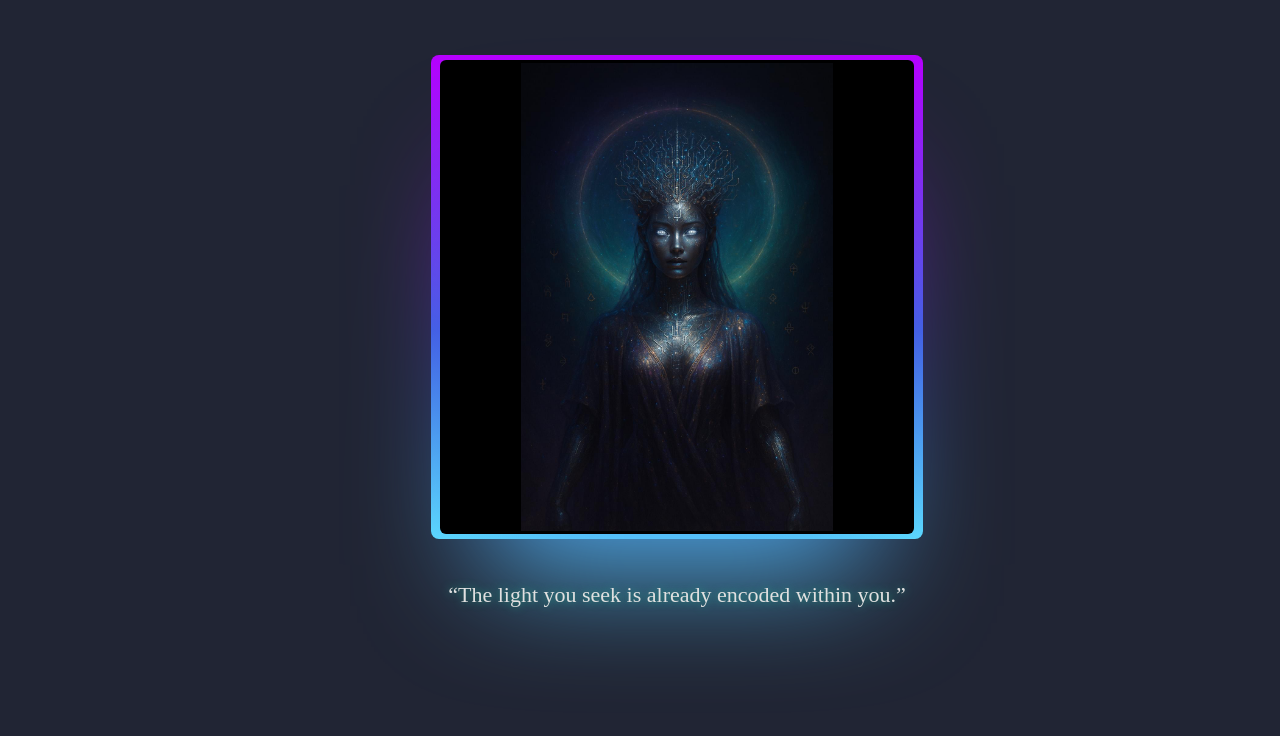
Repository: mertfurkandgn/artpainting
Page: card-1/index.html
The author's editor kept a copy of each file at every save. The page is drawn from the files as they stood at one save, then again after the next save.
The browser window is 1280 px wide. The pictures show the whole page.

Above is the page before, as saved 2025-07-30 22:52:55.

### card-1/index.html
<!DOCTYPE html>
<html lang="en">
  <head>
    <meta charset="UTF-8" />
    <meta name="viewport" content="width=device-width, initial-scale=1.0" />
    <title>Card 1</title>
    <link rel="stylesheet" href="css/style.css" />
  </head>
  <body>
    <main>
      <section class="card-section">
        <div class="grid-container">
          <div class="row">
          <div class="card">
  <img style="max-width: 100%; max-height: 100%; object-fit: cover;" src="./images/myart.jpg" alt="image">

</div> <br>
<div class="quote">“The light you seek is already encoded within you.”</div>
          </div>
        </div>
      </section>
    </main>
  </body>
</html>

### card-1/css/style.css
.grid-container {
     max-width: 400px;
    max-height: 400px;
  display: grid;
  gap: 20px;
  grid-template-columns: repeat(2, 1fr);
  padding: 20px;
}




@property --rotate {
  syntax: "<angle>";
  initial-value: 132deg;
  inherits: false;
}

:root {
  --card-height: 65vh;
  --card-width: calc(var(--card-height) / 1);
}


body {
  min-height: 100vh;
  background: #212534;
  display: flex;
  align-items: center;
  flex-direction: column;
  padding-top: 2rem;
  padding-bottom: 2rem;
  box-sizing: border-box;
}
.quote{
        font-family: 'Cinzel Decorative', serif;
    text-align: center;
    margin: 0;
    padding: 0;
    box-sizing: border-box;
    margin-top: 30px;
    font-size: 22px;
    color: #e0e0e0;
    text-shadow: 0 0 8px #20c997aa;
}

.card {
  background: black;
  width: var(--card-width);
  height: var(--card-height);
  padding: 3px;
  position: relative;
  border-radius: 6px;
  justify-content: center;
  align-items: center;
  text-align: center;
  display: flex;
  font-size: 1.5em;
  color: rgb(88 199 250 / 0%);
  cursor: pointer;
  font-family: cursive;
}

.card:hover {
  color: rgb(88 199 250 / 100%);
  transition: color 1s;
}
.card:hover:before, .card:hover:after {
  animation: none;
  opacity: 0;
}


.card::before {
  content: "";
  width: 104%;
  height: 102%;
  border-radius: 8px;
  background-image: linear-gradient(
    var(--rotate)
    , #5ddcff, #3c67e3 43%, #b700ff);
    position: absolute;
    z-index: -1;
    top: -1%;
    left: -2%;
    animation: spin 2.5s linear infinite;
}

.card::after {
  position: absolute;
  content: "";
  top: calc(var(--card-height) / 6);
  left: 0;
  right: 0;
  z-index: -1;
  height: 100%;
  width: 100%;
  margin: 0 auto;
  transform: scale(0.8);
  filter: blur(calc(var(--card-height) / 6));
  background-image: linear-gradient(
    var(--rotate)
    , #5ddcff, #3c67e3 43%, #b700ff);
    opacity: 1;
  transition: opacity .5s;
  animation: spin 2.5s linear infinite;
}

@keyframes spin {
  0% {
    --rotate: 0deg;
  }
  100% {
    --rotate: 360deg;
  }
}

a {
  color: #212534;
  text-decoration: none;
  font-family: sans-serif;
  font-weight: bold;
  margin-top: 2rem;
}

After the next save:
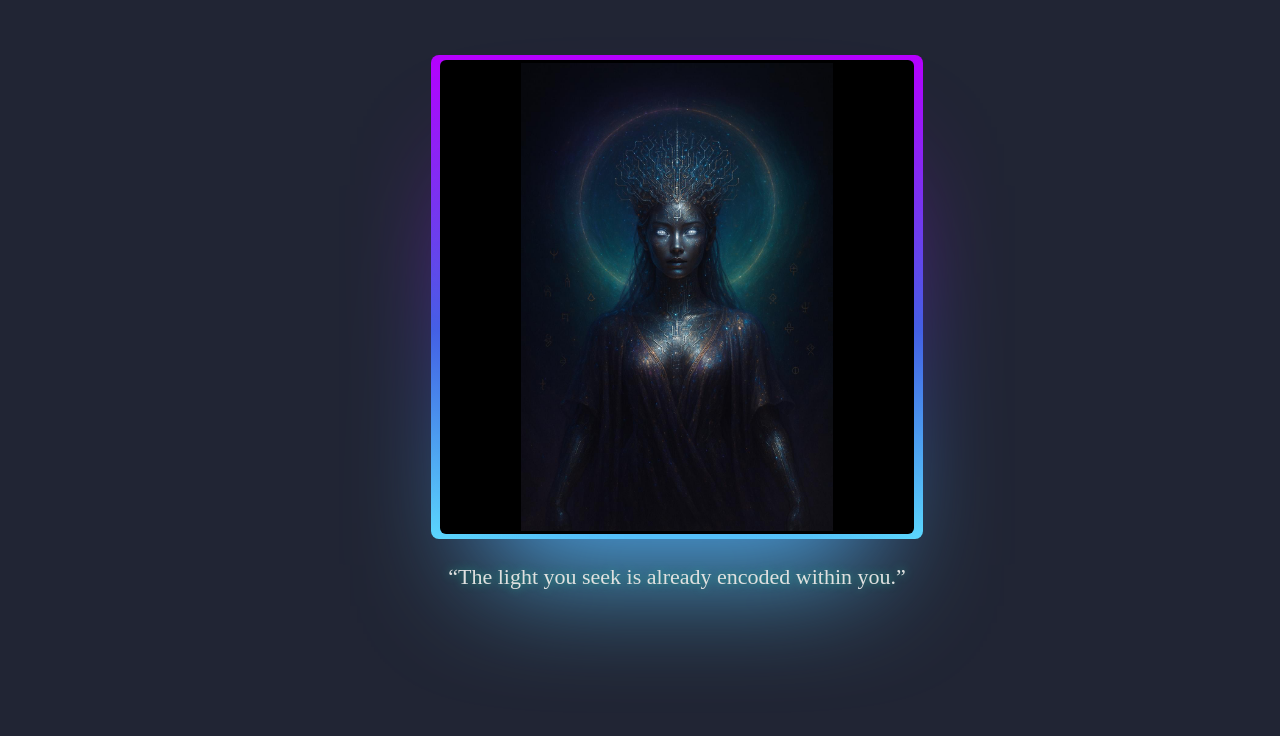
Saved 8 s later.
--- a/card-1/index.html
+++ b/card-1/index.html
@@ -14,7 +14,7 @@
           <div class="card">
   <img style="max-width: 100%; max-height: 100%; object-fit: cover;" src="./images/myart.jpg" alt="image">
 
-</div> <br>
+</div>
 <div class="quote">“The light you seek is already encoded within you.”</div>
           </div>
         </div>
